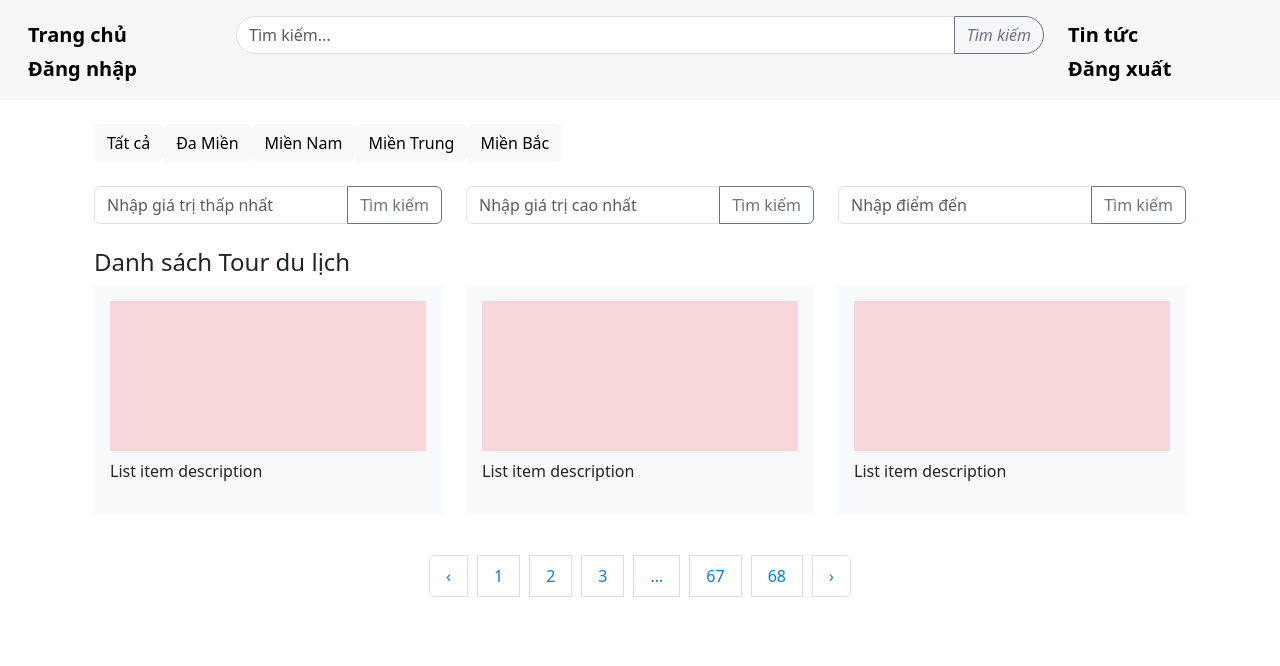
Repository: Minh23122003/qlDuAnPhanMem
Page: / (app in frontend/)
An editor plug-in stored every save of this project. The page is shown before and after a run of saves, followed by the edit.
The browser window is 1280 px wide. The pictures show the whole page.
The project was rebuilt for these pictures with package versions that can differ from the ones it lists, and the page was loaded fresh each time. Also part of the build but not shown: frontend/src/service/WebSocketService.js, frontend/src/components/Notifications.js, frontend/src/layout/Footer.js, frontend/src/configs/Apis.js, frontend/src/components/Relativeparkcard.js, frontend/src/components/Receipt/ReceiptList.css, frontend/src/components/merchandisecabinet.js, frontend/src/components/Service.js and 13 more.

Above is the page before, as saved 2024-09-06 17:16:56.

After the next 2 saves:
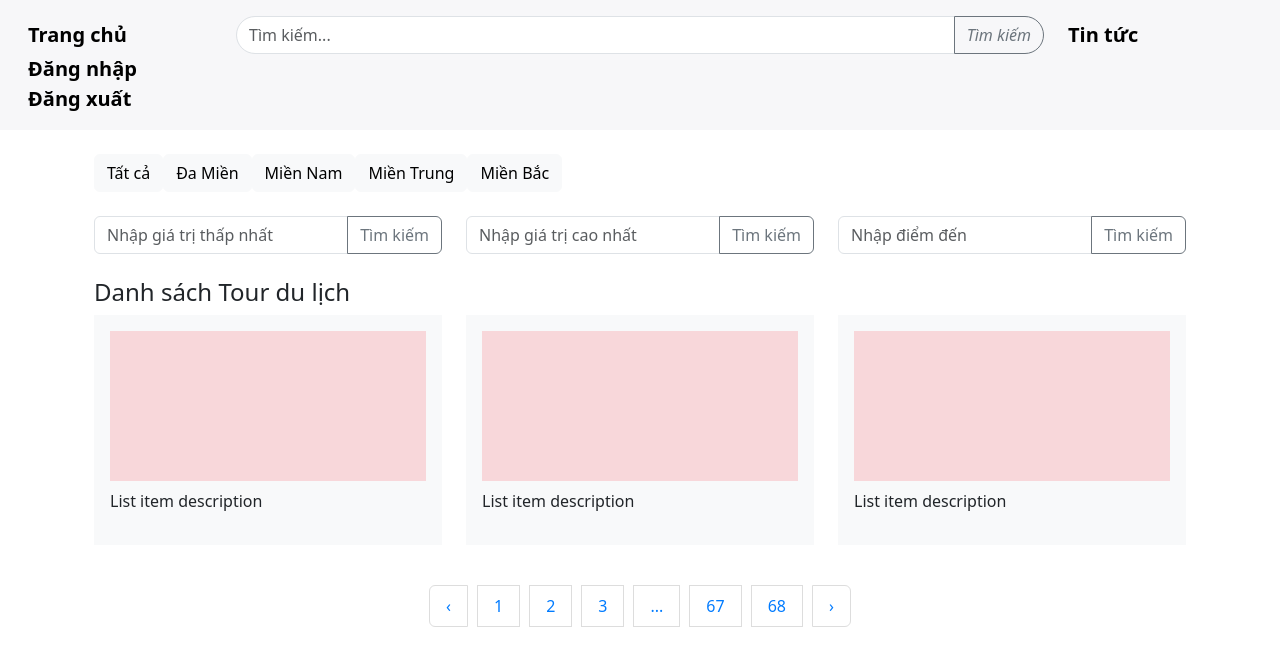
The 2 saves are shown as one change because they came seconds apart.
The last was saved 9 s later.
--- a/frontend/src/layout/Header.js
+++ b/frontend/src/layout/Header.js
@@ -55,8 +55,6 @@ const Header = () => {
                                 Đăng nhập
                             </StyledNavLink>
                         </Nav>
-                    </Col>
-                    <Col xs={2}>
                         <Nav className="me-auto">
                             {/* Use Link component for navigation */}
                             <StyledNavLink to="/news" className="mb-0">
